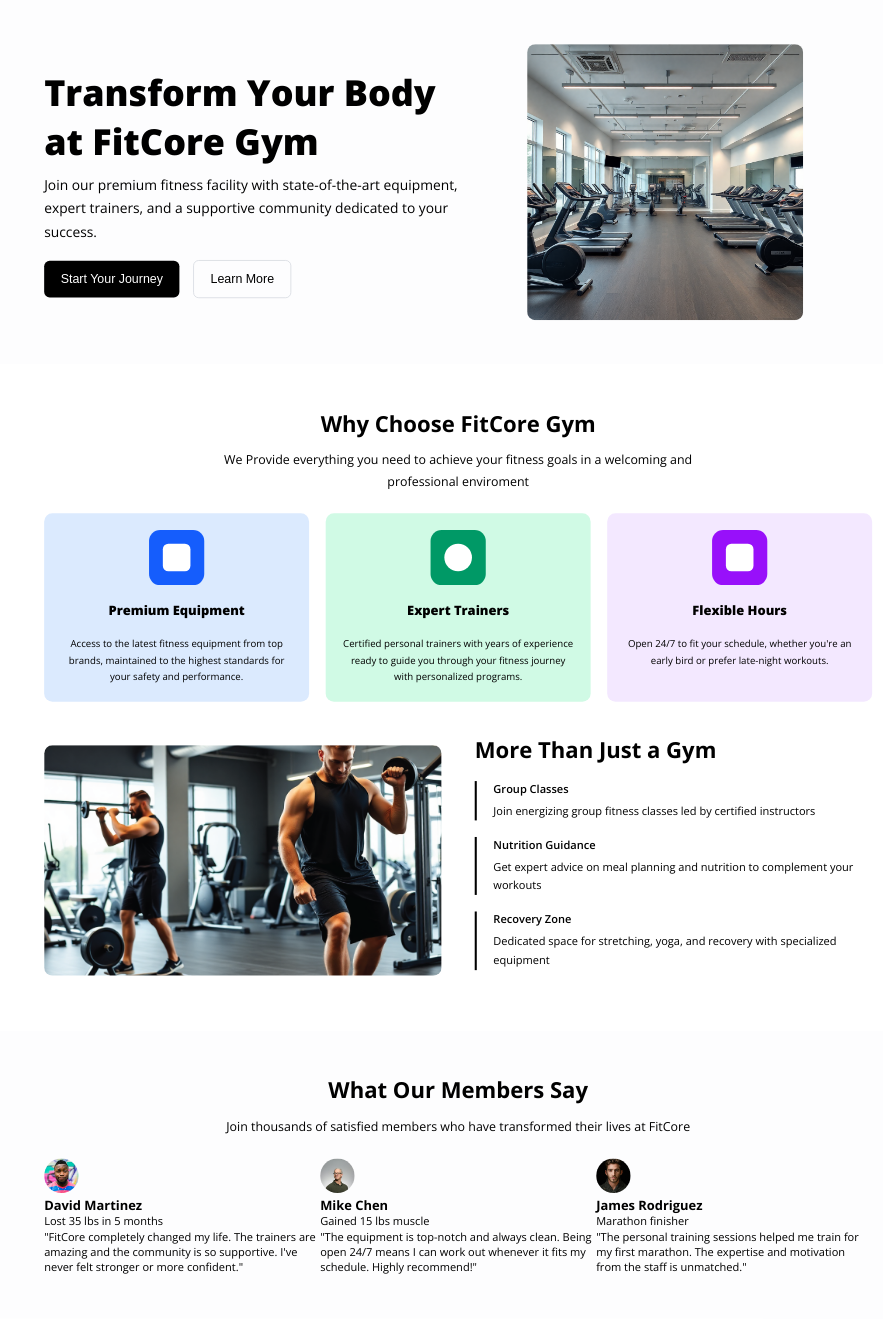
Repository: abdobadawi-ops/Route-Academy-Assignments
Page: Secon Assignment - fit-core-gym/index.html
These files come from the project's save history. The page is drawn as it stood at one moment and after a run of saves; the edit follows.
The browser window is 1280 px wide. The pictures show the whole page, at 69% of full size.

Above is the page before, as saved 2026-04-28 13:37:09.

After the next 3 saves:
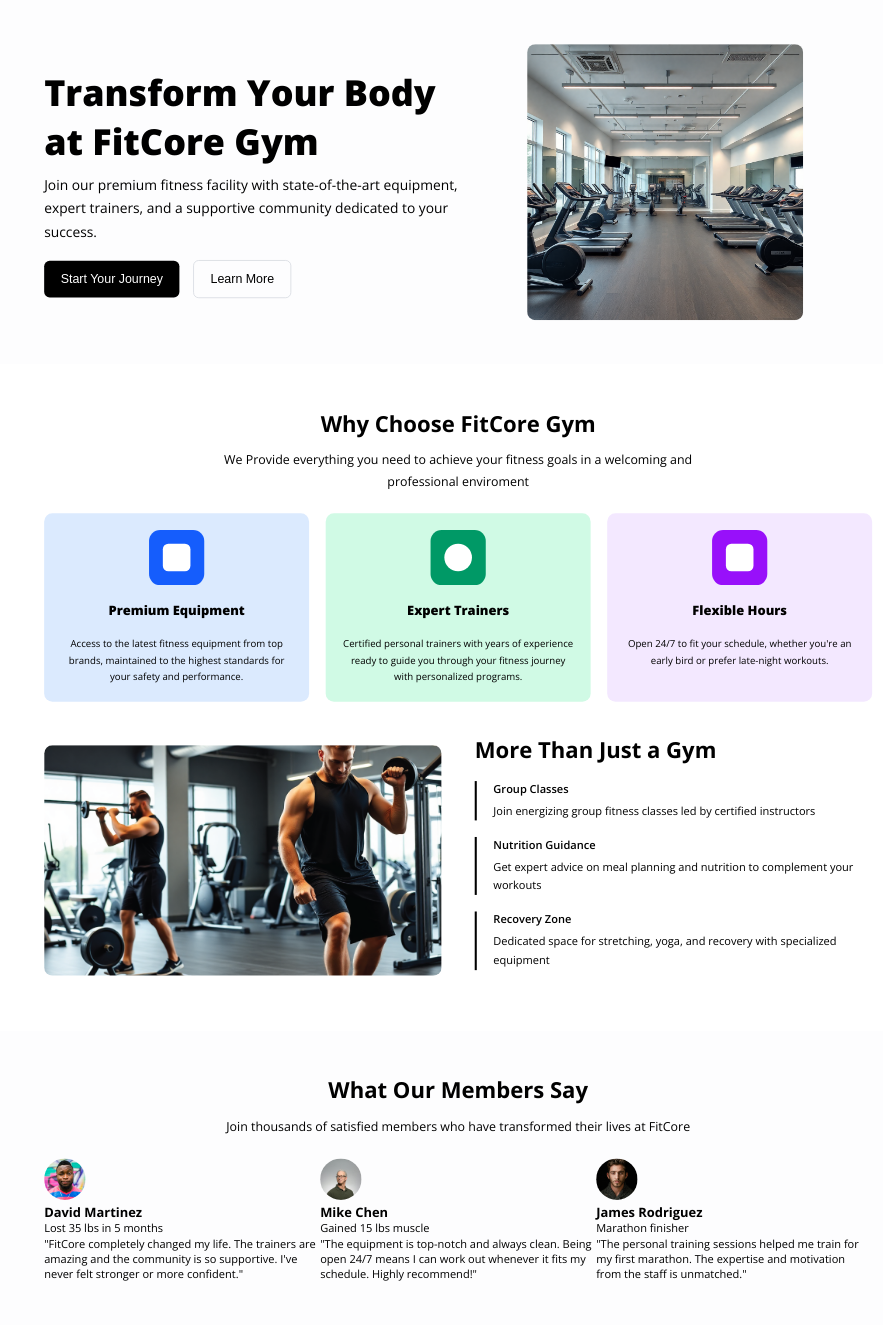
The 3 saves are shown as one change because they came seconds apart.
The last was saved 10 s later.
--- a/Secon Assignment - fit-core-gym/style.css
+++ b/Secon Assignment - fit-core-gym/style.css
@@ -210,7 +210,7 @@ header {
 
 .testimonials {
   .author-img {
-    width: 50px;
+    width: 60px;
     border-radius: 50%;
   }
 }
